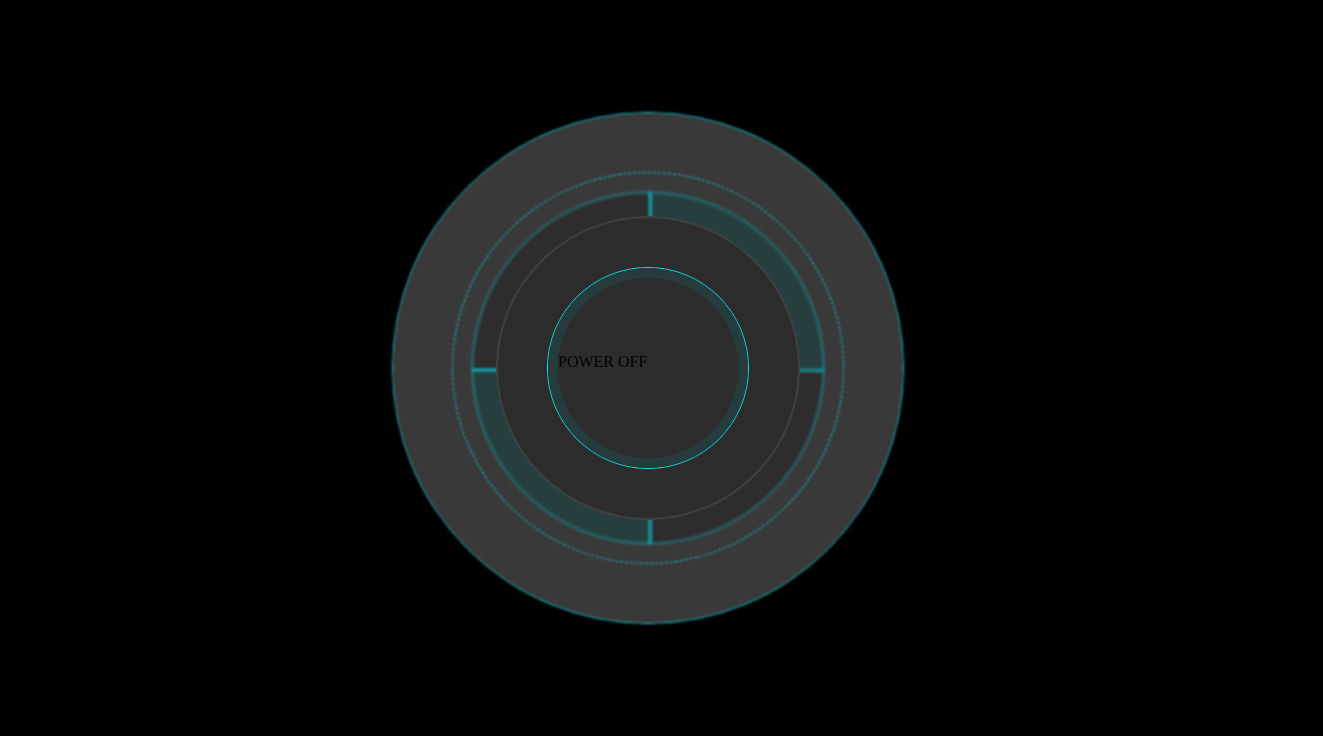
Repository: hsumyatm7308/Basecycle
Page: index.html
The author's editor kept a copy of each file at every save. The page is drawn from the files as they stood at one save, then again after the next save.
The browser window is 1280 px wide. The page is 1323 px wide, so the pictures cover 1323 px, including what lies to the right of the window. The pictures show the whole page.

Above is the page before, as saved 2023-06-06 01:04:20.

After the next save:
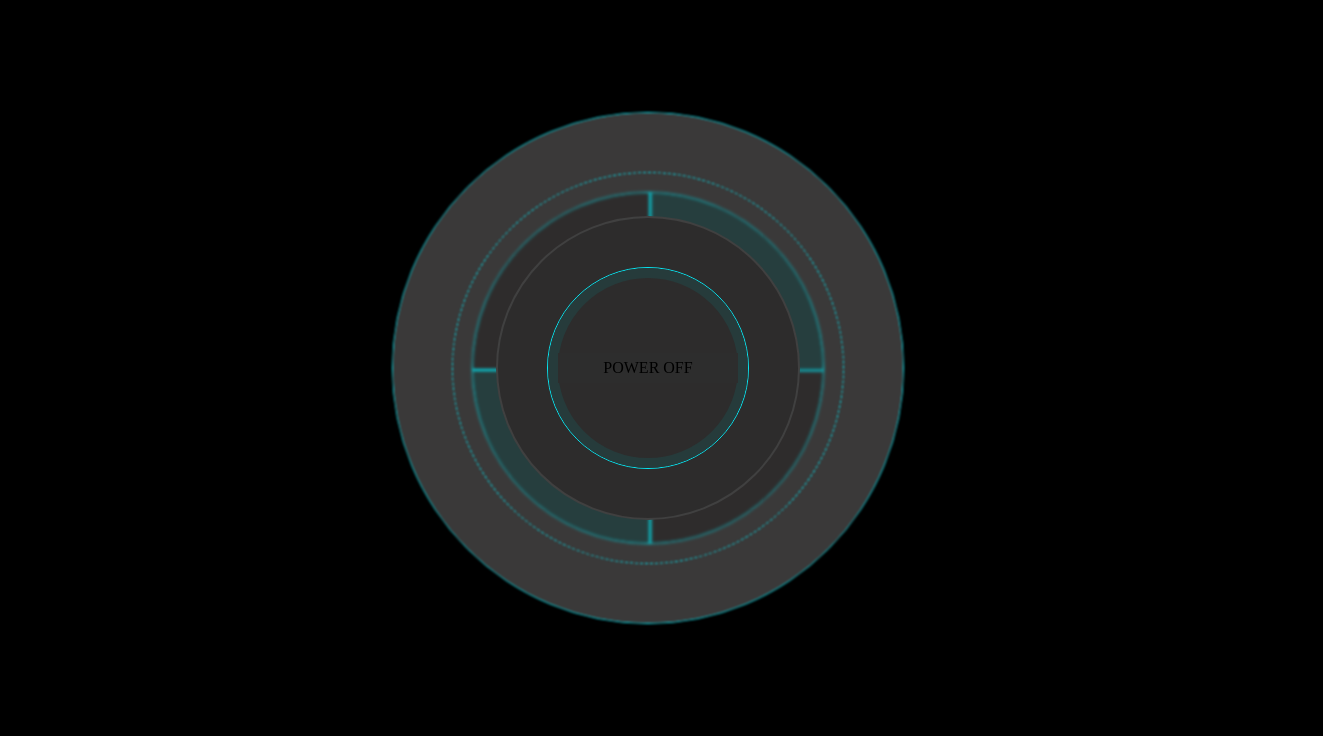
Saved 13 s later.
--- a/style.css
+++ b/style.css
@@ -1029,5 +1029,8 @@ body {
     height: 30px;
     background-color: #2d2d2d;
 
-
-}
+    display: flex;
+    justify-content: center;
+    align-items: center;
+
+}
